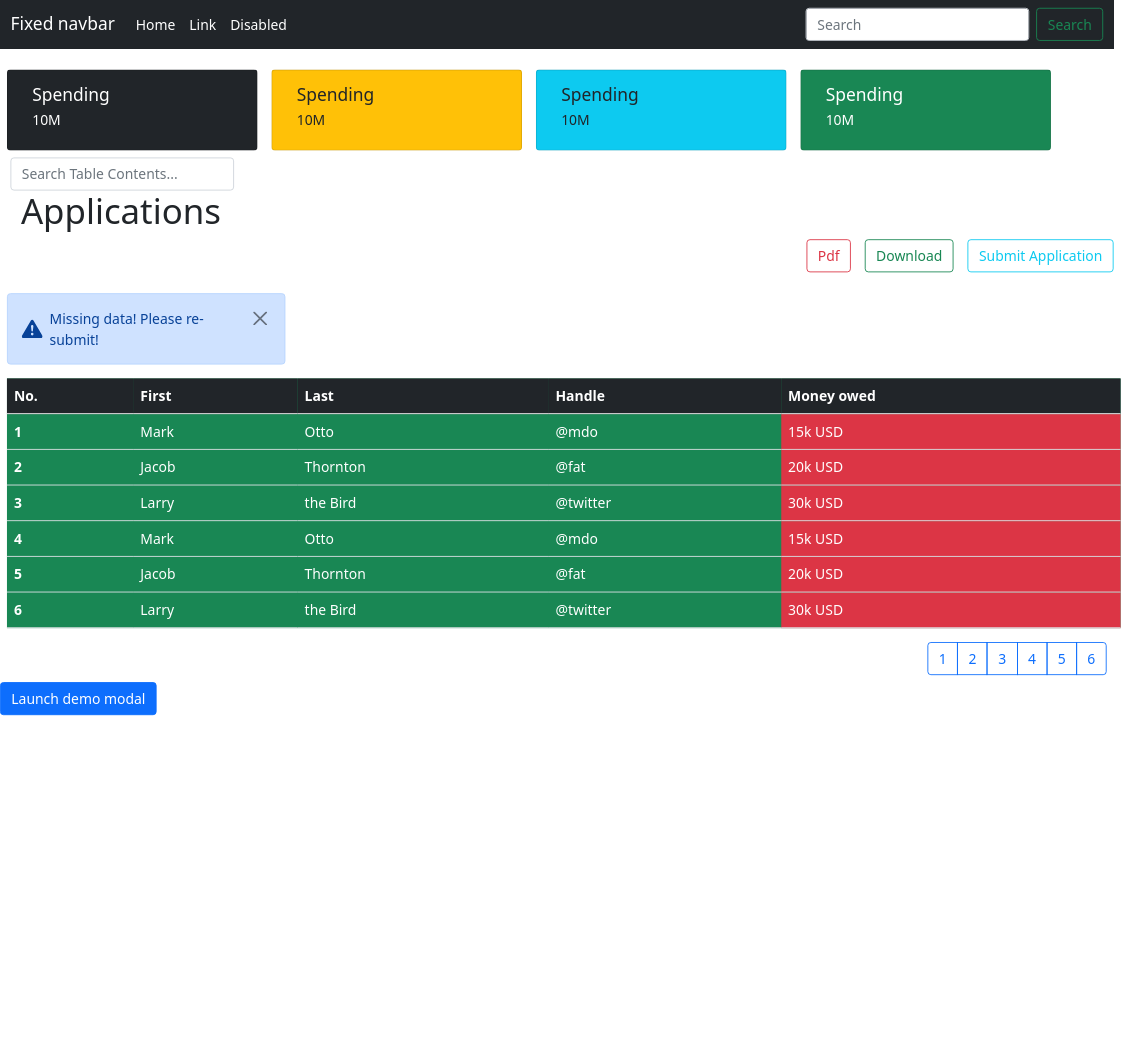
Repository: Dayvid0/BOOTSTRAP-TUTORIALS
Page: BOOTSTRAP-GRID-LAYOUTS/zylo.html
An editor plug-in stored every save of this project. The page is shown before and after the next save, followed by the edit.
The browser window is 1280 px wide. The page is 1316 px wide, so the pictures cover 1316 px, including what lies to the right of the window. The pictures show the whole page, at 87% of full size.

Above is the page before, as saved 2025-02-01 09:38:03.

### BOOTSTRAP-GRID-LAYOUTS/zylo.html
<!doctype html>
<html lang="en">
  <head>
    <!-- Required meta tags -->
    <meta charset="utf-8">
    <meta name="viewport" content="width=device-width, initial-scale=1">
    <!-- Bootstrap CSS -->
    <link href="https://cdn.jsdelivr.net/npm/bootstrap@5.0.2/dist/css/bootstrap.min.css" rel="stylesheet" integrity="sha384-EVSTQN3/azprG1Anm3QDgpJLIm9Nao0Yz1ztcQTwFspd3yD65VohhpuuCOmLASjC" crossorigin="anonymous">
    <title>ZYLO</title>
    <style>
      body {
      min-height: 75rem;
      padding-top: 4.5rem;
}
    </style>
  </head>
  <body>
    <div class="container-fluid">
      <div class="row ">
        <div class="card m-2 col-md-3 bg-dark text-white" style="width: 18rem;">
          <div class="card-body">
            <h5 class="card-title">Spending</h5>
            <h6>10M</h6>
          </div>
        </div>
        <div class="card m-2 col-md-3 bg-warning" style="width: 18rem;">
          <div class="card-body">
            <h5 class="card-title">Spending</h5>
            <h6>10M</h6>
          </div>
        </div>
        <div class="card m-2 col-md-3 bg-info" style="width: 18rem;">
          <div class="card-body">
            <h5 class="card-title">Spending</h5>
            <h6>10M</h6>
          </div>
        </div>
        <div class="card m-2 col-md-3 bg-success text-white" style="width: 18rem;">
          <div class="card-body">
            <h5 class="card-title">Spending</h5>
            <h6>10M</h6>
          </div>
        </div>
      </div>
    </div>
    <nav class="navbar navbar-expand-md navbar-dark fixed-top bg-dark">
      <div class="container-fluid">
        <a class="navbar-brand" href="#">Fixed navbar</a>
        <button class="navbar-toggler" type="button" data-bs-toggle="collapse" data-bs-target="#navbarCollapse" aria-controls="navbarCollapse" aria-expanded="false" aria-label="Toggle navigation">
          <span class="navbar-toggler-icon"></span>
        </button>
        <div class="collapse navbar-collapse" id="navbarCollapse">
          <ul class="navbar-nav me-auto mb-2 mb-md-0">
            <li class="nav-item">
              <a class="nav-link active" aria-current="page" href="#">Home</a>
            </li>
            <li class="nav-item">
              <a class="nav-link active" href="#">Link</a>
            </li>
            <li class="nav-item">
              <a class="nav-link active" href="#" tabindex="-1" aria-disabled="true">Disabled</a>
            </li>
          </ul>
          <form class="d-flex">
            <input class="form-control me-2" type="search" placeholder="Search" aria-label="Search">
            <button class="btn btn-outline-success" type="submit">Search</button>
          </form>
        </div>
      </div>
    </nav>
      <div class="row  ">
        <input class="form-control  mx-4 w-auto " type="search" placeholder="Search Table Contents..." aria-label="Search">
        <h1 class="mx-4">Applications</h1>
      </div>
      <!--buttons-->
      <div class="col pb-4 d-flex gap-3 justify-content-end align-items ">
        <button type="button" class="btn btn-outline-danger">Pdf</button>
        <button type="button" class="btn btn-outline-success">Download</button>
        <button type="button" class="btn btn-outline-info">Submit Application</button>
      </div>
      <!--Alerts-->
      <div class="alert alert-primary d-flex align-items-left  w-25 mx-2" role="alert">
        <div class="d-flex align-items-center w-">
            <svg xmlns="http://www.w3.org/2000/svg" width="24" height="24" fill="currentColor" class="bi bi-exclamation-triangle-fill flex-shrink-0 me-2" viewBox="0 0 16 16" role="img" aria-label="Warning:">
                <path d="M8.982 1.566a1.13 1.13 0 0 0-1.96 0L.165 13.233c-.457.778.091 1.767.98 1.767h13.713c.889 0 1.438-.99.98-1.767L8.982 1.566zM8 5c.535 0 .954.462.9.995l-.35 3.507a.552.552 0 0 1-1.1 0L7.1 5.995A.905.905 0 0 1 8 5zm.002 6a1 1 0 1 1 0 2 1 1 0 0 1 0-2z"/>
            </svg>
            <div>
                Missing data! Please re-submit!
            </div>
        </div>
        <button type="button" class="btn-close ms-auto" data-bs-dismiss="alert" aria-label="Close"></button>
    </div>
      <!--End of alerts-->
    <table class="table table-hover mx-2 bg-success text-white">
      <thead class="bg-dark text-white">
        <tr >
          <th scope="col">No.</th>
          <th scope="col">First</th>
          <th scope="col">Last</th>
          <th scope="col">Handle</th>
          <th scope="col">Money owed</th>
        </tr>
      </thead>
      <tbody>
        <tr>
          <th scope="row">1</th>
          <td>Mark</td>
          <td>Otto</td>
          <td>@mdo</td>
          <td class="bg-danger">15k USD</td>
        </tr>
        <tr>
          <th scope="row">2</th>
          <td>Jacob</td>
          <td>Thornton</td>
          <td>@fat</td>
          <td class="bg-danger">20k USD</td>
        </tr>
        <tr>
          <th scope="row">3</th>
          <td >Larry </td>
          <td>the Bird</td>
          <td>@twitter</td>
          <td class="bg-danger">30k USD</td>
        </tr>
        <tr>
          <th scope="row">4</th>
          <td>Mark</td>
          <td>Otto</td>
          <td>@mdo</td>
          <td class="bg-danger">15k USD</td>
        </tr>
        <tr>
          <th scope="row">5</th>
          <td>Jacob</td>
          <td>Thornton</td>
          <td>@fat</td>
          <td class="bg-danger">20k USD</td>
        </tr>
        <tr>
          <th scope="row">6</th>
          <td>Larry </td>
          <td>the Bird</td>
          <td>@twitter</td>
          <td class="bg-danger">30k USD</td>
        </tr>
      </tbody>
    </table>
    <div class="d-flex justify-content-end m-2">
    <div class="btn-group" role="group" aria-label="Basic example">
      <button type="button" class="btn btn-outline-primary">1</button>
      <button type="button" class="btn btn-outline-primary ">2</button>
      <button type="button" class="btn btn-outline-primary">3</button>
      <button type="button" class="btn btn-outline-primary">4</button>
      <button type="button" class="btn btn-outline-primary ">5</button>
      <button type="button" class="btn btn-outline-primary">6</button>
    </div>
  </div>
  <!-- Button trigger modal -->
<button type="button" class="btn btn-primary" data-bs-toggle="modal" data-bs-target="#exampleModal">
  Launch demo modal
</button>
<!-- Modal -->
<div class="modal fade" id="exampleModal" tabindex="-1" aria-labelledby="exampleModalLabel" aria-hidden="true">
  <div class="modal-dialog">
    <div class="modal-content">
      <div class="modal-header">
        <h5 class="modal-title" id="exampleModalLabel">Modal title</h5>
        <button type="button" class="btn-close" data-bs-dismiss="modal" aria-label="Close"></button>
      </div>
      <div class="modal-body">
        ...
      </div>
      <div class="modal-footer">
        <button type="button" class="btn btn-secondary" data-bs-dismiss="modal">Close</button>
        <button type="button" class="btn btn-primary">Save changes</button>
      </div>
    </div>
  </div>
</div>
    <script src="https://cdn.jsdelivr.net/npm/bootstrap@5.0.2/dist/js/bootstrap.bundle.min.js" integrity="sha384-MrcW6ZMFYlzcLA8Nl+NtUVF0sA7MsXsP1UyJoMp4YLEuNSfAP+JcXn/tWtIaxVXM" crossorigin="anonymous"></script>
  </body>
</html>

After the next save:
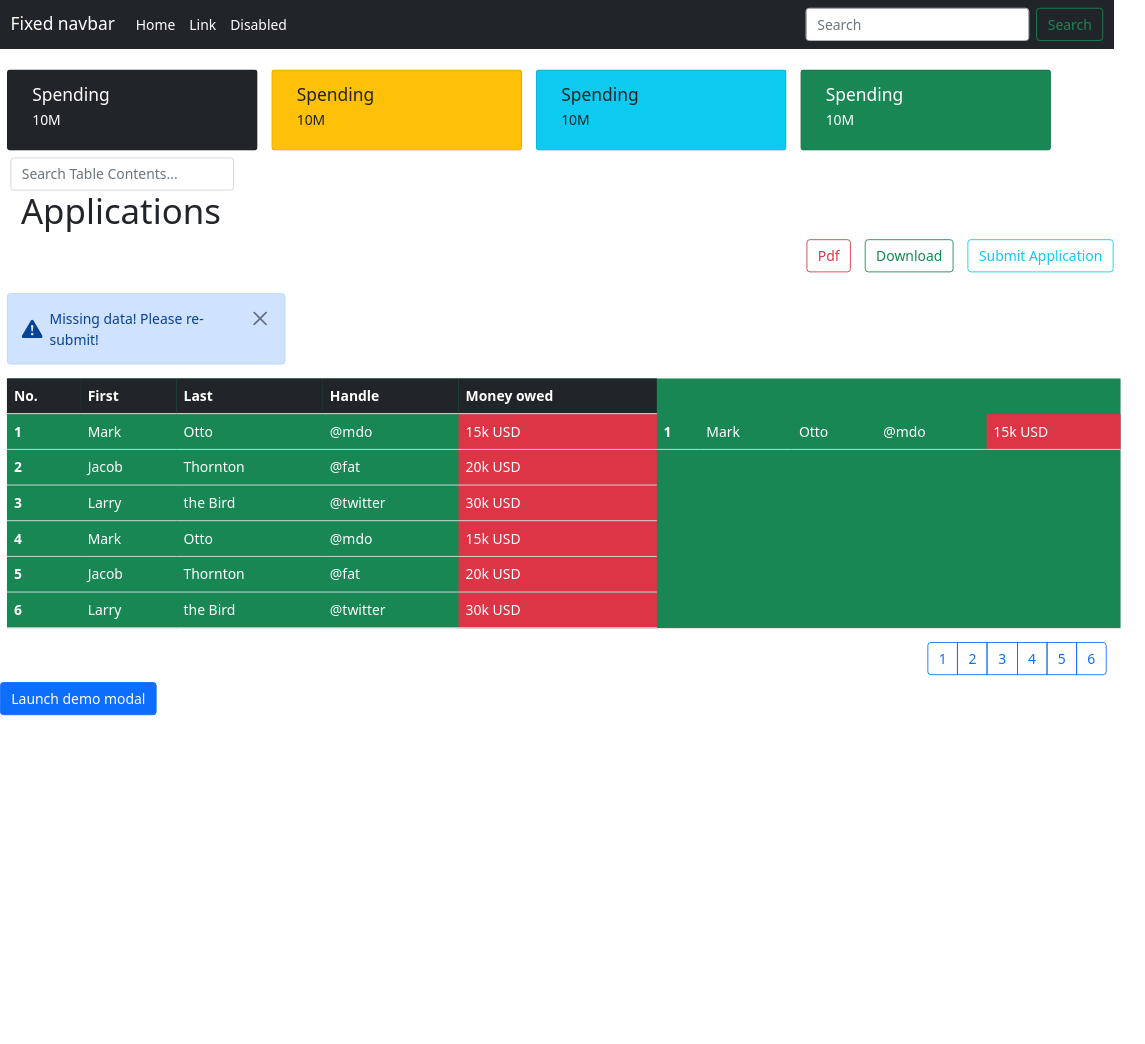
Saved 2 min 29 s later.
--- a/BOOTSTRAP-GRID-LAYOUTS/zylo.html
+++ b/BOOTSTRAP-GRID-LAYOUTS/zylo.html
@@ -108,6 +108,11 @@
           <td>Otto</td>
           <td>@mdo</td>
           <td class="bg-danger">15k USD</td>
+          <th scope="row">1</th>
+          <td>Mark</td>
+          <td>Otto</td>
+          <td>@mdo</td>
+          <td class="bg-danger">15k USD</td>
         </tr>
         <tr>
           <th scope="row">2</th>

After the save that followed:
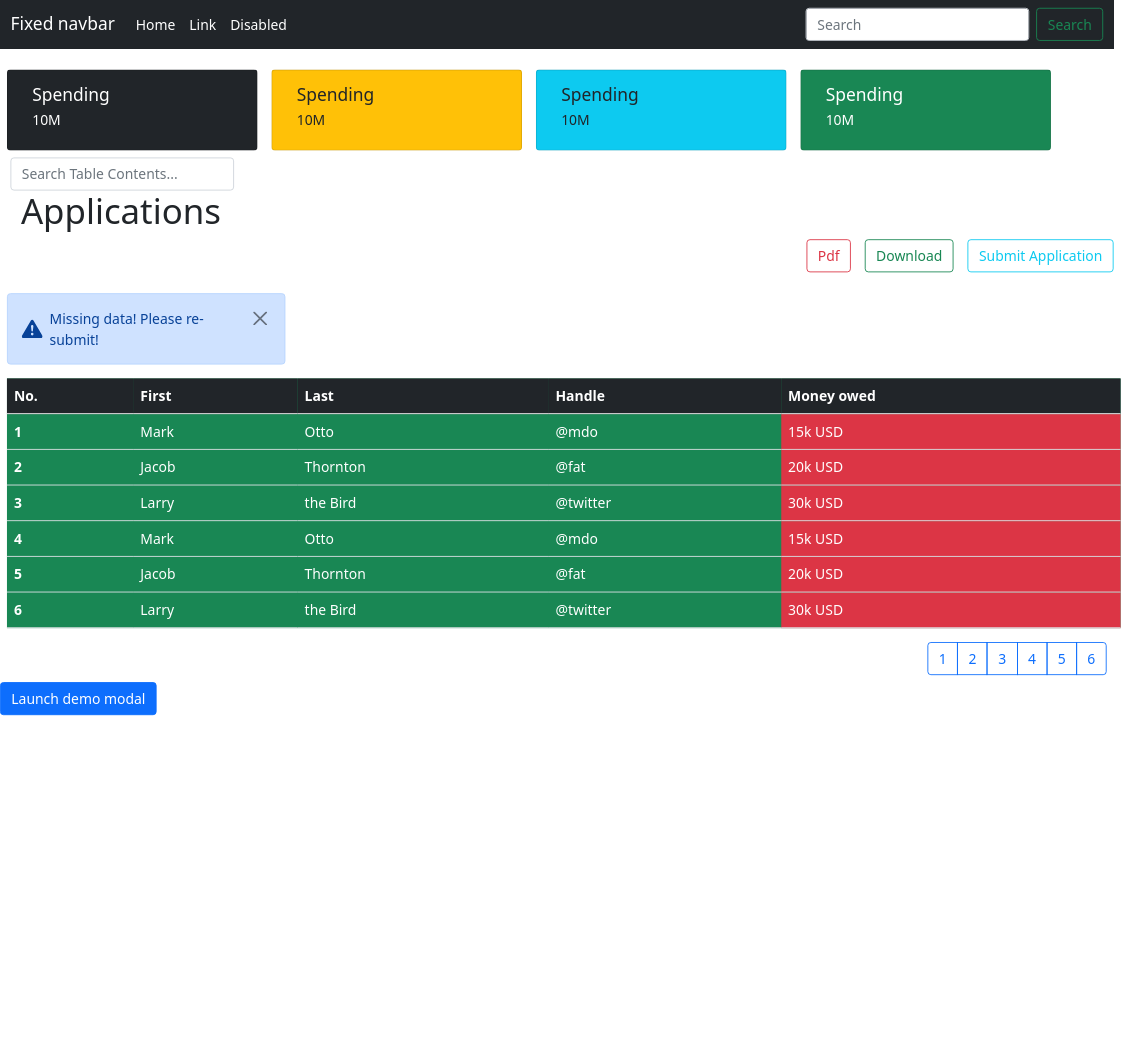
Saved 11 s later.
--- a/BOOTSTRAP-GRID-LAYOUTS/zylo.html
+++ b/BOOTSTRAP-GRID-LAYOUTS/zylo.html
@@ -108,11 +108,6 @@
           <td>Otto</td>
           <td>@mdo</td>
           <td class="bg-danger">15k USD</td>
-          <th scope="row">1</th>
-          <td>Mark</td>
-          <td>Otto</td>
-          <td>@mdo</td>
-          <td class="bg-danger">15k USD</td>
         </tr>
         <tr>
           <th scope="row">2</th>
